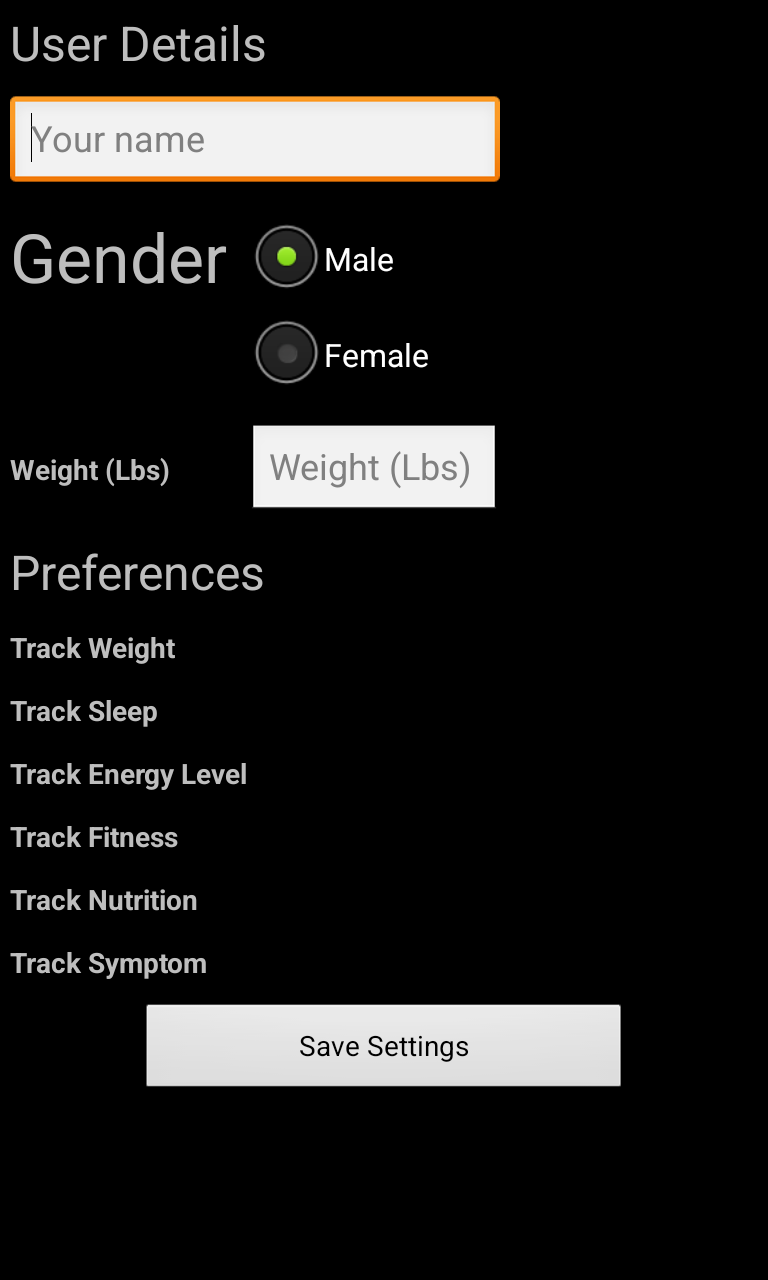
Repository: dillonyoung/CPD4493
Layout: TraCare/res/layout/preferences.xml
The author's editor kept a copy of each file at every save. The layout is drawn from the files as they stood at one save, then again after the next save.
It is drawn on a 768 x 1280 px phone screen (xhdpi) without system bars, with theme android:Theme.Black; the app's code is not run.

Above is the layout before, as saved 2013-04-10 22:40:28.

### TraCare/res/layout/preferences.xml
<?xml version="1.0" encoding="utf-8"?>
<ScrollView xmlns:android="http://schemas.android.com/apk/res/android"
    android:layout_width="fill_parent"
    android:layout_height="fill_parent" >

    <TableLayout
        android:id="@+id/TableLayout1"
        android:layout_width="match_parent"
        android:layout_height="wrap_content" >

        <TableRow
            android:id="@+id/tableRow1"
            android:layout_width="wrap_content"
            android:layout_height="wrap_content"
            android:padding="5dip" >

            <TextView
                android:id="@+id/textView1"
                android:layout_width="wrap_content"
                android:layout_height="wrap_content"
                android:layout_span="2"
                android:text="@string/user_details"
                android:textSize="24sp" />
        </TableRow>

        <TableRow
            android:id="@+id/tableRow2"
            android:layout_width="wrap_content"
            android:layout_height="wrap_content"
            android:padding="5dip" >

            <EditText
                android:id="@+id/txtUserName"
                android:layout_width="wrap_content"
                android:layout_height="wrap_content"
                android:layout_span="2"
                android:ems="20"
                android:hint="@string/yourname"
                android:inputType="textPersonName" >

                <requestFocus />
            </EditText>
        </TableRow>

        <TableRow
            android:id="@+id/tableRow3"
            android:layout_width="wrap_content"
            android:layout_height="wrap_content"
            android:padding="5dip" >

            <TextView
                android:id="@+id/textView2"
                android:layout_width="wrap_content"
                android:layout_height="wrap_content"
                android:text="@string/gender"
                style="@style/label" />

            <RadioGroup
                android:id="@+id/rdgrpGender"
                android:layout_width="wrap_content"
                android:layout_height="wrap_content" >

                <RadioButton
                    android:id="@+id/radMale"
                    android:layout_width="wrap_content"
                    android:layout_height="wrap_content"
                    android:checked="true"
                    android:text="@string/male" />

                <RadioButton
                    android:id="@+id/radFemale"
                    android:layout_width="wrap_content"
                    android:layout_height="wrap_content"
                    android:text="@string/female" />
            </RadioGroup>
        </TableRow>

        <TableRow
            android:id="@+id/tableRow4"
            android:layout_width="wrap_content"
            android:layout_height="wrap_content"
            android:padding="5dip" >

            <TextView
                android:id="@+id/textView3"
                android:layout_width="wrap_content"
                android:layout_height="wrap_content"
                android:text="@string/weight"
                android:textStyle="bold" />

            <EditText
                android:id="@+id/txtUserWeight"
                android:layout_width="wrap_content"
                android:layout_height="wrap_content"
                android:ems="6"
                android:hint="@string/weight"
                android:inputType="numberDecimal" />
        </TableRow>

        <TableRow
            android:id="@+id/tableRow5"
            android:layout_width="wrap_content"
            android:layout_height="wrap_content"
            android:padding="5dip" >

            <TextView
                android:id="@+id/textView4"
                android:layout_width="wrap_content"
                android:layout_height="wrap_content"
                android:layout_span="2"
                android:text="@string/preferences"
                android:textSize="24sp" />
        </TableRow>

        <TableRow
            android:id="@+id/tableRow6"
            android:layout_width="wrap_content"
            android:layout_height="wrap_content"
            android:padding="5dip" >

            <TextView
                android:id="@+id/textView5"
                android:layout_width="wrap_content"
                android:layout_height="wrap_content"
                android:text="@string/track_weight"
                android:textStyle="bold" />

            <Switch
                android:id="@+id/switchWeight"
                android:layout_width="wrap_content"
                android:layout_height="wrap_content"
                android:text="" />
        </TableRow>

        <TableRow
            android:id="@+id/tableRow7"
            android:layout_width="wrap_content"
            android:layout_height="wrap_content"
            android:padding="5dip" >

            <TextView
                android:id="@+id/textView6"
                android:layout_width="wrap_content"
                android:layout_height="wrap_content"
                android:text="@string/track_sleep"
                android:textStyle="bold" />

            <Switch
                android:id="@+id/switchSleep"
                android:layout_width="wrap_content"
                android:layout_height="wrap_content"
                android:text="" />
        </TableRow>

        <TableRow
            android:id="@+id/tableRow8"
            android:layout_width="wrap_content"
            android:layout_height="wrap_content"
            android:padding="5dip" >

            <TextView
                android:id="@+id/textView7"
                android:layout_width="wrap_content"
                android:layout_height="wrap_content"
                android:text="@string/track_energy_level"
                android:textStyle="bold" />

            <Switch
                android:id="@+id/switchEnergyLevel"
                android:layout_width="wrap_content"
                android:layout_height="wrap_content"
                android:text="" />
        </TableRow>

        <TableRow
            android:id="@+id/tableRow9"
            android:layout_width="wrap_content"
            android:layout_height="wrap_content"
            android:padding="5dip" >

            <TextView
                android:id="@+id/textView8"
                android:layout_width="wrap_content"
                android:layout_height="wrap_content"
                android:text="@string/track_fitness"
                android:textStyle="bold" />

            <Switch
                android:id="@+id/switchFitness"
                android:layout_width="wrap_content"
                android:layout_height="wrap_content"
                android:text="" />
        </TableRow>

        <TableRow
            android:id="@+id/tableRow10"
            android:layout_width="wrap_content"
            android:layout_height="wrap_content"
            android:padding="5dip" >

            <TextView
                android:id="@+id/textView9"
                android:layout_width="wrap_content"
                android:layout_height="wrap_content"
                android:text="@string/track_nutrition"
                android:textStyle="bold" />

            <Switch
                android:id="@+id/switchNutrition"
                android:layout_width="wrap_content"
                android:layout_height="wrap_content"
                android:text="" />
        </TableRow>

                <TableRow
            android:id="@+id/tableRow11"
            android:layout_width="wrap_content"
            android:layout_height="wrap_content"
            android:padding="5dip" >

            <TextView
                android:id="@+id/textView10"
                android:layout_width="wrap_content"
                android:layout_height="wrap_content"
                android:text="@string/track_symptom"
                android:textStyle="bold" />

            <Switch
                android:id="@+id/switchSymptom"
                android:layout_width="wrap_content"
                android:layout_height="wrap_content"
                android:text="" />
        </TableRow>

        <TableRow
            android:id="@+id/tableRow12"
            android:layout_width="wrap_content"
            android:layout_height="wrap_content"
            android:gravity="center_horizontal"
            android:padding="5dip" >

            <Button
                android:id="@+id/btnSave"
                android:layout_width="wrap_content"
                android:layout_height="wrap_content"
                android:layout_span="2"
                android:text="@string/savesettings" />
        </TableRow>
    </TableLayout>

</ScrollView>

### TraCare/res/values/strings.xml
<?xml version="1.0" encoding="utf-8"?>
<resources>

    <string name="app_name">TraCare</string>
    <string name="action_settings">Settings</string>
    <string name="title_section1">Section 1</string>
    <string name="title_section2">Section 2</string>
    <string name="title_section3">Section 3</string>
    <string name="user_details">User Details</string>
    <string name="gender">Gender</string>
    <string name="male">Male</string>
    <string name="female">Female</string>
    <string name="weight">Weight (Lbs)</string>
    <string name="preferences">Preferences</string>
    <string name="track_weight">Track Weight</string>
    <string name="track_sleep">Track Sleep</string>
    <string name="track_energy_level">Track Energy Level</string>
    <string name="track_quality_of_sleep">Track Quality of Sleep</string>
    <string name="track_fitness">Track Fitness</string>
    <string name="track_nutrition">Track Nutrition</string>
    <string name="savesettings">Save Settings</string>
    <string name="back">Back</string>
    <string name="yourname">Your name</string>
    <string name="track_symptom">Track Symptom</string>
    <string name="image"></string>
    <string name="blank"></string>
    <string name="menu_add_entry">Add Entry</string>
    <string name="menu_delete_entry">Delete Entry</string>
    <string name="summary">Summary Report</string>
    <string name="startdate">Start Date</string>
    <string name="enddate">End Date</string>
    <string name="runreport">Run Report</string>
    <string name="reportstart">Report Start Date</string>
    <string name="reportend">Report End Date</string>
    <string name="lowestweight">Lowest Weight</string>
    <string name="lowestdate">Date of Lowest Weight</string>
	<string name="highestweight">Highest Weight</string>
    <string name="highestdate">Date of Highest Weight</string>
    <string name="averageweight">Average Weight</string>
    <string-array name="hours_of_sleep">
        <item>0.0 Hours of Sleep</item>
        <item>0.5 Hours of Sleep</item>
        <item>1.0 Hours of Sleep</item>
        <item>1.5 Hours of Sleep</item>
        <item>2.0 Hours of Sleep</item>
        <item>2.5 Hours of Sleep</item>
        <item>3.0 Hours of Sleep</item>
        <item>3.5 Hours of Sleep</item>
        <item>4.0 Hours of Sleep</item>
        <item>4.5 Hours of Sleep</item>
        <item>5.0 Hours of Sleep</item>
        <item>5.5 Hours of Sleep</item>
        <item>6.0 Hours of Sleep</item>
        <item>6.5 Hours of Sleep</item>
        <item>7.0 Hours of Sleep</item>
        <item>7.5 Hours of Sleep</item>
        <item>8.0 Hours of Sleep</item>
        <item>8.5 Hours of Sleep</item>
        <item>9.0 Hours of Sleep</item>
        <item>9.5 Hours of Sleep</item>
        <item>10.0 Hours of Sleep</item>
        <item>10.5 Hours of Sleep</item>
        <item>11.0 Hours of Sleep</item>
        <item>11.5 Hours of Sleep</item>
        <item>12.0 Hours of Sleep</item>
        <item>12.5 Hours of Sleep</item>
        <item>13.0 Hours of Sleep</item>
        <item>13.5 Hours of Sleep</item>
        <item>14.0 Hours of Sleep</item>
        <item>14.5 Hours of Sleep</item>
        <item>15.0 Hours of Sleep</item>
        <item>15.5 Hours of Sleep</item>
        <item>16.0 Hours of Sleep</item>
        <item>16.5 Hours of Sleep</item>
        <item>17.0 Hours of Sleep</item>
        <item>17.5 Hours of Sleep</item>
        <item>18.0 Hours of Sleep</item>
        <item>18.5 Hours of Sleep</item>
        <item>19.0 Hours of Sleep</item>
        <item>19.5 Hours of Sleep</item>
        <item>20.0 Hours of Sleep</item>
        <item>20.5 Hours of Sleep</item>
        <item>21.0 Hours of Sleep</item>
        <item>21.5 Hours of Sleep</item>
        <item>22.0 Hours of Sleep</item>
        <item>22.5 Hours of Sleep</item>
        <item>23.0 Hours of Sleep</item>
        <item>23.5 Hours of Sleep</item>
    </string-array>
    <string-array name="energy_level">
        <item>Energy Level Not Specified</item>
        <item>Terrible Energy Level</item>
        <item>Poor Energy Level</item>
        <item>Average Energy Level</item>
        <item>Good Energy Level</item>
        <item>Excellent Energy Level</item>
    </string-array>
    <string-array name="quality_of_sleep">
        <item>Quality of Sleep Not Specified</item>
        <item>Terrible Quality of Sleep</item>
        <item>Poor Quality of Sleep</item>
        <item>Average Quality of Sleep</item>
        <item>Good Quality of Sleep</item>
        <item>Excellent Quality of Sleep</item>
    </string-array>
    <string-array name="symptom_type">
        <item>Symptom Type Not Specified</item>
        <item>Other</item>
        <item>Abdominal Pain</item>
        <item>Chest Pain</item>
        <item>Constipation</item>
        <item>Cought</item>
        <item>Diarrea</item>
        <item>Dizziness</item>
        <item>Eye Discomfort</item>
        <item>Foot Pain</item>
        <item>Hip Pain</item>
        <item>Knee Pain</item>
        <item>Low Back Pain</item>
        <item>Nasal Congestion</item>
        <item>Nausea</item>
        <item>Neck Pain</item>
        <item>Numbness</item>
        <item>Shortness of Breath</item>
        <item>Shoulder Pain</item>
        <item>Sore Throat</item>
        <item>Vision Problems</item>
        <item>Wheezing</item>
    </string-array>
        <string name="string_new_entry">New Entry</string>
        <string name="string_hours_of_sleep">Select Hours of Sleep</string>
        <string name="string_fitness">Your fitness activity</string>
        <string name="string_nutrition">Your nutrition</string>
        <string name="string_symtpom_description">The symptom description</string>
        <string name="saveentry">Save New Entry</string>

</resources>

### TraCare/res/values/styles.xml
<resources xmlns:android="http://schemas.android.com/apk/res/android">

    <!--
        Base application theme, dependent on API level. This theme is replaced
        by AppBaseTheme from res/values-vXX/styles.xml on newer devices.
    -->
    <style name="AppBaseTheme" parent="android:Theme.Light">
        <!--
            Theme customizations available in newer API levels can go in
            res/values-vXX/styles.xml, while customizations related to
            backward-compatibility can go here.
        -->
    </style>

    <!-- Application theme. -->
    <style name="AppTheme" parent="AppBaseTheme">
        <!-- All customizations that are NOT specific to a particular API-level can go here. -->
    </style>
    <style name="label">
        <item name="android:textSize">34sp</item>
    </style>



</resources>

After the next save:
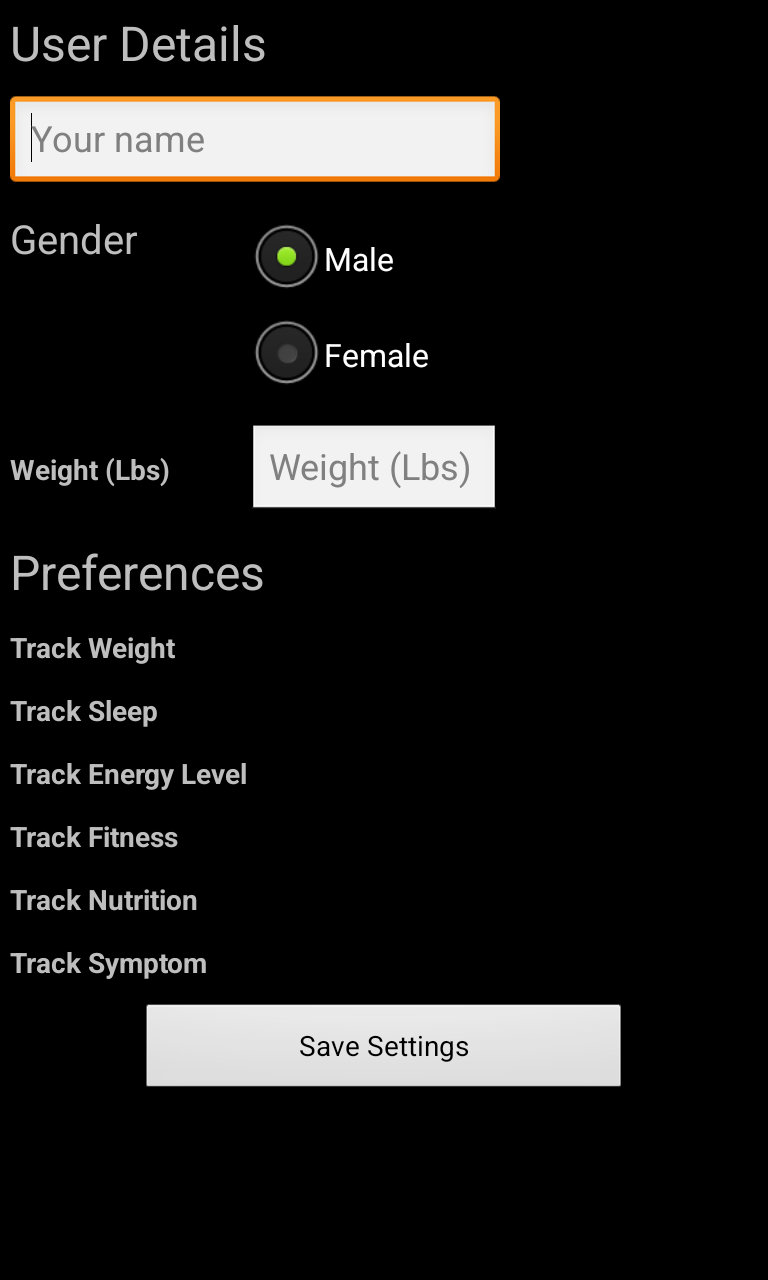
Saved 34 s later.
--- a/TraCare/res/values/styles.xml
+++ b/TraCare/res/values/styles.xml
@@ -17,7 +17,7 @@
         <!-- All customizations that are NOT specific to a particular API-level can go here. -->
     </style>
     <style name="label">
-        <item name="android:textSize">34sp</item>
+        <item name="android:textSize">20sp</item>
     </style>
 
 
